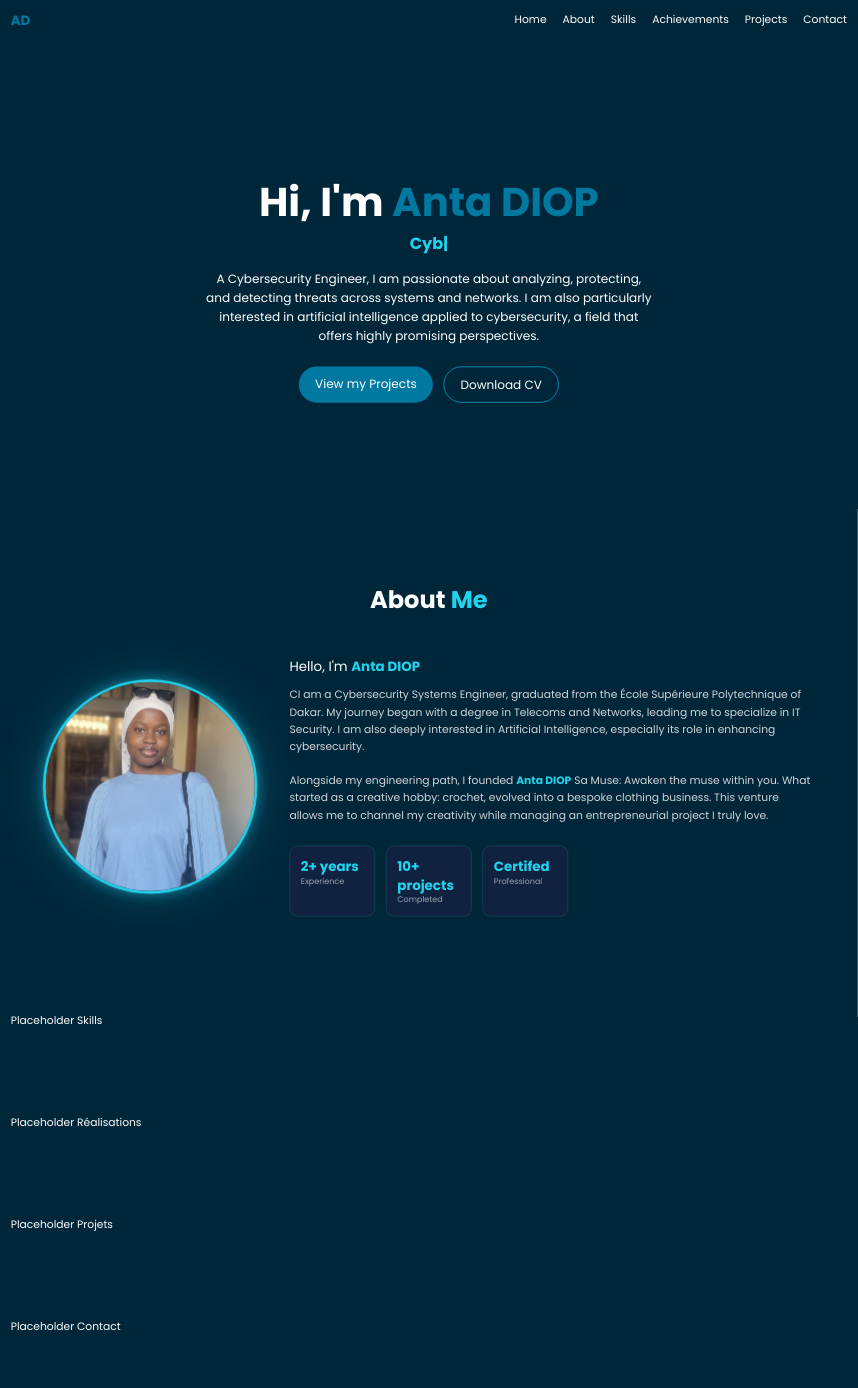
Repository: AntaaaKD/Mon-Portfolio
Page: /
These files come from the project's save history. The page is drawn as it stood at one moment and after a run of saves; the edit follows.
The browser window is 1280 px wide. The pictures show the whole page, at 67% of full size.
The project was rebuilt for these pictures with package versions that can differ from the ones it lists, and the page was loaded fresh each time.

Above is the page before, as saved 2026-01-14 22:58:15.

### public/index.html
<!DOCTYPE html>
<html lang="en">
  <link href="https://fonts.googleapis.com/css2?family=Poppins:wght@400;600;700&display=swap" rel="stylesheet">
  <head>
    <meta charset="utf-8" />
    <link rel="icon" href="%PUBLIC_URL%/favicon.ico" />
    <meta name="viewport" content="width=device-width, initial-scale=1" />
    <meta name="theme-color" content="#000000" />
    <meta
      name="description"
      content="Web site created using create-react-app"
    />
    <link rel="apple-touch-icon" href="%PUBLIC_URL%/logo192.png" />
    <!--
      manifest.json provides metadata used when your web app is installed on a
      user's mobile device or desktop. See https://developers.google.com/web/fundamentals/web-app-manifest/
    -->
    <link rel="manifest" href="%PUBLIC_URL%/manifest.json" />
    <!--
      Notice the use of %PUBLIC_URL% in the tags above.
      It will be replaced with the URL of the `public` folder during the build.
      Only files inside the `public` folder can be referenced from the HTML.

      Unlike "/favicon.ico" or "favicon.ico", "%PUBLIC_URL%/favicon.ico" will
      work correctly both with client-side routing and a non-root public URL.
      Learn how to configure a non-root public URL by running `npm run build`.
    -->
    <title>React App</title>
  </head>
  <body>
    <noscript>You need to enable JavaScript to run this app.</noscript>
    <div id="root"></div>
    <!--
      This HTML file is a template.
      If you open it directly in the browser, you will see an empty page.

      You can add webfonts, meta tags, or analytics to this file.
      The build step will place the bundled scripts into the <body> tag.

      To begin the development, run `npm start` or `yarn start`.
      To create a production bundle, use `npm run build` or `yarn build`.
    -->
  </body>
</html>

### src/index.css
@tailwind base;
@tailwind components;
@tailwind utilities;

body {
  margin: 0;
  font-family: 'Poppins', sans-serif;
  -webkit-font-smoothing: antialiased;
  -moz-osx-font-smoothing: grayscale;
}

code {
  font-family: source-code-pro, Menlo, Monaco, Consolas, 'Courier New',
    monospace;
}

### src/App.js
import React from 'react';
import Navbar from './components/Navbar';
import Home from './components/Home';  // Ajoute cet import
import About from './components/About';

function App() {
  return (
    <div className="min-h-screen bg-custom-blue text-white">
      <Navbar />
      <main className="container mx-auto p-4">
        <Home />  {/* Remplace le placeholder */}
        <About />
        <section id="skills" className="py-16">Placeholder Skills</section>
        <section id="achievements" className="py-16">Placeholder Réalisations</section>
        <section id="projects" className="py-16">Placeholder Projets</section>
        <section id="contact" className="py-16">Placeholder Contact</section>
      </main>
    </div>
  );
}

export default App;

### src/components/Navbar.jsx
import React, { useState, useEffect } from 'react';

const Navbar = () => {
  const [scrolled, setScrolled] = useState(false);

  useEffect(() => {
    const handleScroll = () => {
      if (window.scrollY > 50) {
        setScrolled(true);
      } else {
        setScrolled(false);
      }
    };

    window.addEventListener('scroll', handleScroll);
    return () => window.removeEventListener('scroll', handleScroll);
  }, []);

  return (
    <nav
        className={`p-4 sticky top-0 z-10 transition-all duration-300 ${
            scrolled
            ? 'bg-custom-blue bg-opacity-0 backdrop-blur-md'  // Semi-transparent (30%) + blur fort
            : 'bg-custom-blue'  // Bleu solide au top
        }`}
    >
        <div className="container mx-auto flex justify-between items-center">
            <h1 className="text-xl font-bold text-blue-text">AD</h1>
            <ul className="flex space-x-6 text-white">
            <li><a href="#home" className="hover:text-cyan-300">Home</a></li>
            <li><a href="#about" className="hover:text-cyan-300">About</a></li>
            <li><a href="#skills" className="hover:text-cyan-300">Skills</a></li>
            <li><a href="#achievements" className="hover:text-cyan-300">Achievements</a></li>
            <li><a href="#projects" className="hover:text-cyan-300">Projects</a></li>
            <li><a href="#contact" className="hover:text-cyan-300">Contact</a></li>
            </ul>
        </div>
    </nav>
  );
};

export default Navbar;

### src/components/Home.jsx
import React, { useEffect, useRef } from 'react';
import Typed from 'typed.js';

const Home = () => {
  // Création d'une référence pour l'élément qui accueillera l'animation
  const el = useRef(null);

  useEffect(() => {
    const typed = new Typed(el.current, {
      strings: [
        "Cybersecurity Engineer",
        "Founder of Sa Muse",
      ],
      typeSpeed: 100,
      backSpeed: 90,
      loop: true,
    });

    // Nettoyage de l'animation pour éviter les bugs de mémoire
    return () => {
      typed.destroy();
    };
  }, []);

  return (
    <section id="home" className="flex flex-col items-center justify-center h-screen text-center px-4">
      <h1 className="text-6xl font-bold mb-4">
        Hi, I'm <span className="text-blue-text">Anta DIOP</span>
      </h1>

      {/* On applique la ref ici pour l'animation */}
      <h2 className="text-2xl font-bold text-cyan-400 mb-6 h-8">
        <span ref={el}></span>
      </h2>

      <p className="text-lg mb-8 max-w-2xl">
        A Cybersecurity Engineer, I am passionate about analyzing, protecting, and detecting threats across systems and networks.
        I am also particularly interested in artificial intelligence applied to cybersecurity, a field that offers highly promising perspectives.
      </p>

      <div className="flex space-x-4">
        <a href="#projects" className="bg-blue-text text-lg px-6 py-3 rounded-full hover:bg-cyan-400 transition">
            View my Projects
        </a>
        <a href="/cv.pdf" download className="px-6 py-3 rounded-full border border-cyan-500 text-lg hover:bg-cyan-500 hover:text-custom-blue transition">
            Download CV
        </a>
      </div>
    </section>
  );
};

export default Home;

### src/components/About.jsx
import React from 'react';

const About = () => {
  return (
    <section id="about" className="py-20 px-4 bg-custom-blue text-white">
      <div className="max-w-6xl mx-auto">
        {/* Titre de la section */}
        <h2 className="text-4xl font-bold text-center mb-16">
          About <span className="text-cyan-400">Me</span>
        </h2>

        <div className="flex flex-col md:flex-row items-center justify-between gap-12">

          {/* Colonne Image avec l'effet de halo bleu */}
          <div className="relative w-64 h-64 md:w-80 md:h-80">
            <div className="absolute inset-0 rounded-full bg-cyan-400 opacity-20 blur-2xl animate-pulse"></div>
            <div className="relative w-full h-full rounded-full border-4 border-cyan-400 overflow-hidden shadow-[0_0_20px_rgba(34,211,238,0.5)]">
              <img
                src="/image1.png"
                alt="Anta DIOP"
                className="w-full h-full object-cover"
              />
            </div>
          </div>

          {/* Colonne Texte */}
          <div className="flex-1 text-center md:text-left">
            <h3 className="text-xl mb-4">
              Hello, I'm <span className="text-cyan-400 font-bold">Anta DIOP</span>
            </h3>
            <p className="text-gray-300 mb-6 leading-relaxed">
              CI am a Cybersecurity Systems Engineer, graduated from the École Supérieure Polytechnique of Dakar.
              My journey began with a degree in Telecoms and Networks, leading me to specialize in IT Security.
              I am also deeply interested in Artificial Intelligence, especially its role in enhancing cybersecurity.
            </p>
            <p className="text-gray-300 mb-8 leading-relaxed">
              Alongside my engineering path, I founded <span className="text-cyan-400 font-bold">Anta DIOP</span> Sa Muse: Awaken the muse within you.
              What started as a creative hobby: crochet, evolved into a bespoke clothing business. This venture allows me to channel my creativity while managing an entrepreneurial project I truly love.
            </p>

            {/* Cartes de statistiques (comme sur le modèle) */}
            <div className="flex flex-wrap justify-center md:justify-start gap-4">
              <div className="bg-[#112240] p-4 rounded-xl border border-cyan-900 w-32">
                <p className="text-cyan-400 font-bold text-xl">2+ years</p>
                <p className="text-xs text-gray-400">Experience</p>
              </div>
              <div className="bg-[#112240] p-4 rounded-xl border border-cyan-900 w-32">
                <p className="text-cyan-400 font-bold text-xl">10+ projects</p>
                <p className="text-xs text-gray-400">Completed</p>
              </div>
              <div className="bg-[#112240] p-4 rounded-xl border border-cyan-900 w-32">
                <p className="text-cyan-400 font-bold text-xl">Certifed</p>
                <p className="text-xs text-gray-400">Professional</p>
              </div>
            </div>
          </div>

        </div>
      </div>
    </section>
  );
};

export default About;

### tailwind.config.js
/** @type {import('tailwindcss').Config} */
module.exports = {
  content: [
    "./src/**/*.{js,jsx,ts,tsx}",
  ],
  theme: {
    extend: {
      colors: {
        'custom-blue': 'rgb(0, 38, 58)',  // Ton bleu exact ici
        'blue-text': 'rgb(1, 120, 160)',
      },
    },
  },
  plugins: [],
};

Loaded but not shown: src/index.js (common file); src/reportWebVitals.js (common file)

After the next 5 saves:
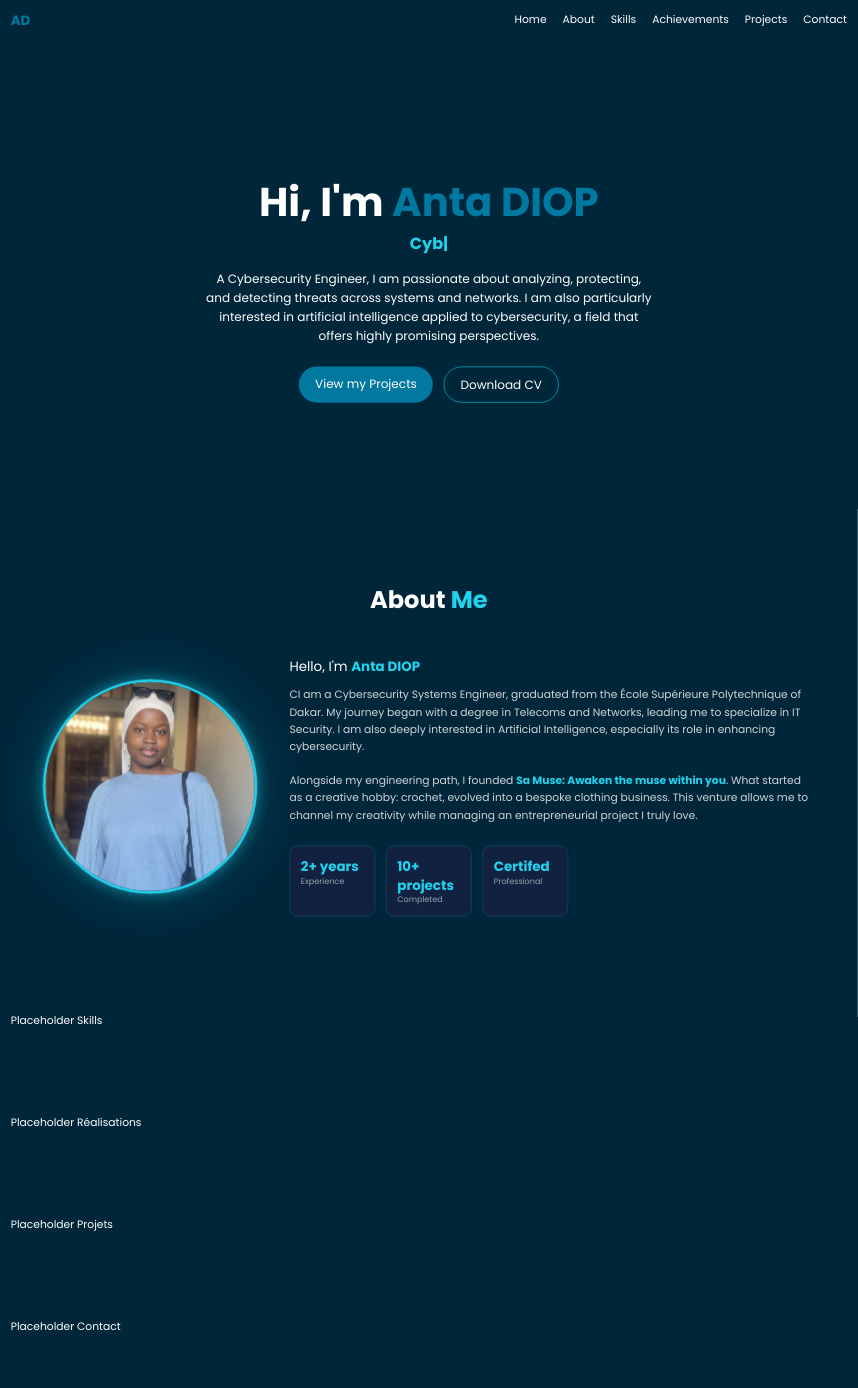
The 5 saves are shown as one change because 1 did not build or start and some came seconds apart.
The last was saved 18 s later.
--- a/src/components/About.jsx
+++ b/src/components/About.jsx
@@ -34,7 +34,7 @@ const About = () => {
               I am also deeply interested in Artificial Intelligence, especially its role in enhancing cybersecurity.
             </p>
             <p className="text-gray-300 mb-8 leading-relaxed">
-              Alongside my engineering path, I founded <span className="text-cyan-400 font-bold">Anta DIOP</span> Sa Muse: Awaken the muse within you.
+              Alongside my engineering path, I founded <span className="text-cyan-400 font-bold"> Sa Muse: Awaken the muse within you</span>.
               What started as a creative hobby: crochet, evolved into a bespoke clothing business. This venture allows me to channel my creativity while managing an entrepreneurial project I truly love.
             </p>
 
